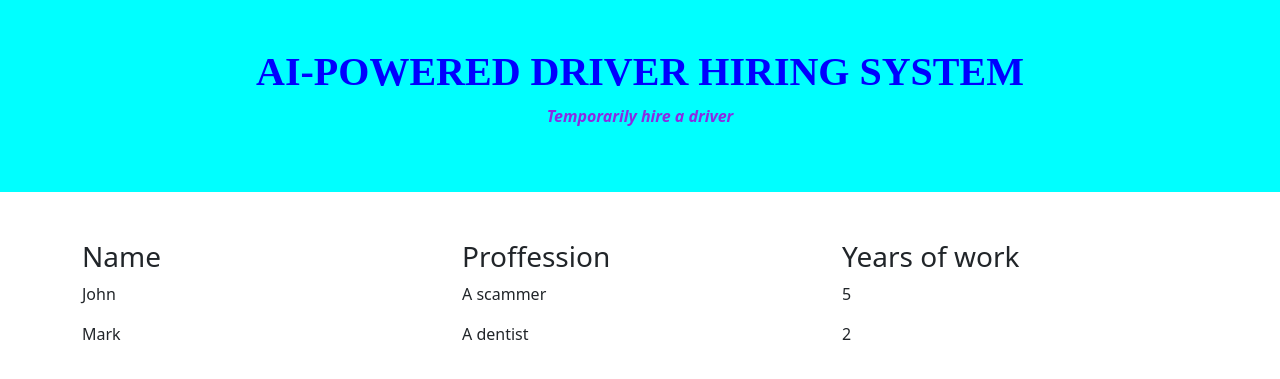
Repository: Wuda2000/AI-powered-Driver-hiring-system
Page: ONE.html
These files come from the project's save history. The page is drawn as it stood at one moment and after a run of saves; the edit follows.
The browser window is 1280 px wide. The pictures show the whole page.

Above is the page before, as saved 2024-12-23 22:29:54.

After the next 3 saves:
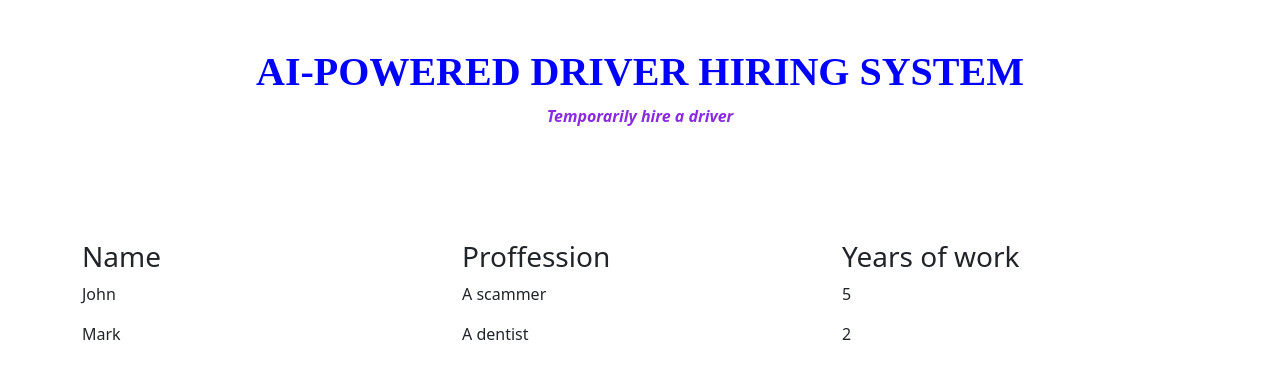
The 3 saves are shown as one change because they came seconds apart.
The last was saved 2 min 58 s later.
--- a/ONE.html
+++ b/ONE.html
@@ -10,7 +10,7 @@
 <body>
 
 
-    <div class="container-fluid p-5 text-white text-center" style="background-color: aqua;">
+    <div class="container-fluid p-5 text-white text-center" style="background-color: ;">
         <h1 style="color: blue; font-family:'Times New Roman', Times, serif; " ><b>AI-POWERED DRIVER HIRING SYSTEM</b></h1>
         <p style="color: blueviolet;font-style:italic;"><b>Temporarily hire a driver</b></p>
       </div>
